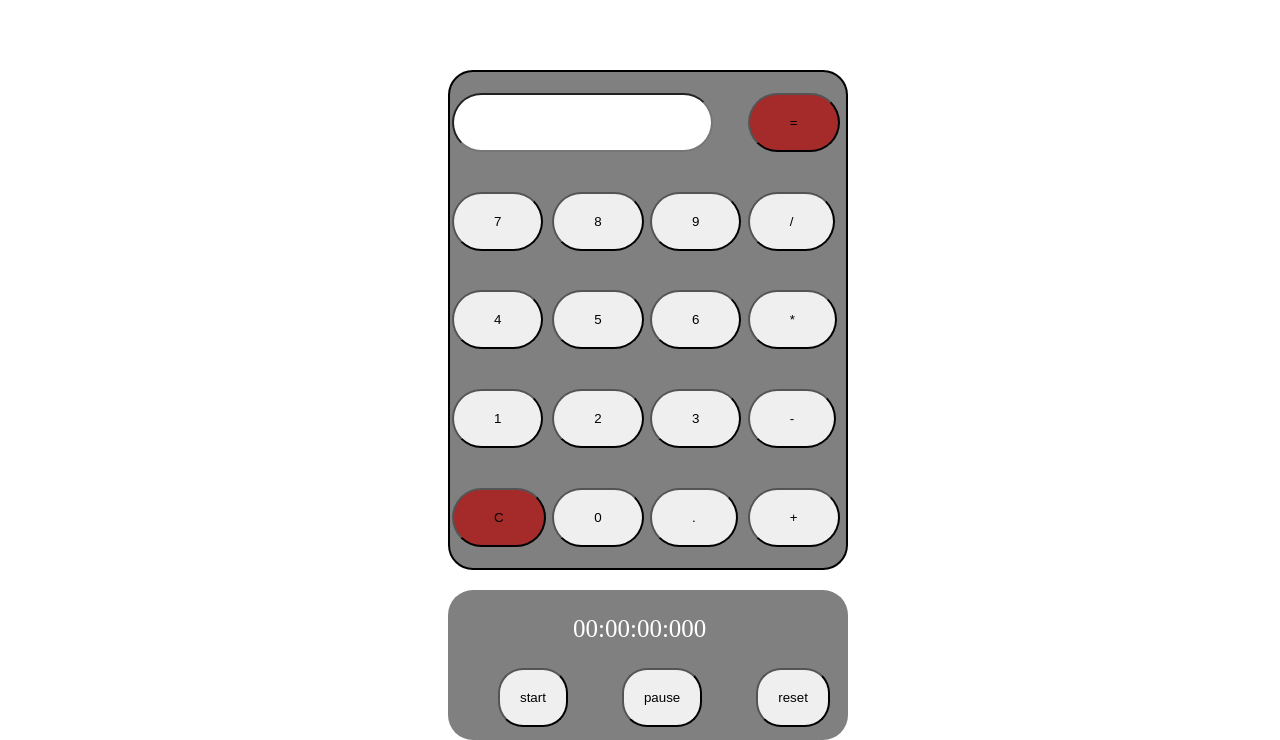
Repository: Seryozha02/CalculatorAndStopwatch
Page: calculator.html
An editor plug-in stored every save of this project. The page is shown before and after the next save, followed by the edit.
The browser window is 1280 px wide. The pictures show the whole page.

Above is the page before, as saved 2022-10-03 18:46:34.

After the next save:
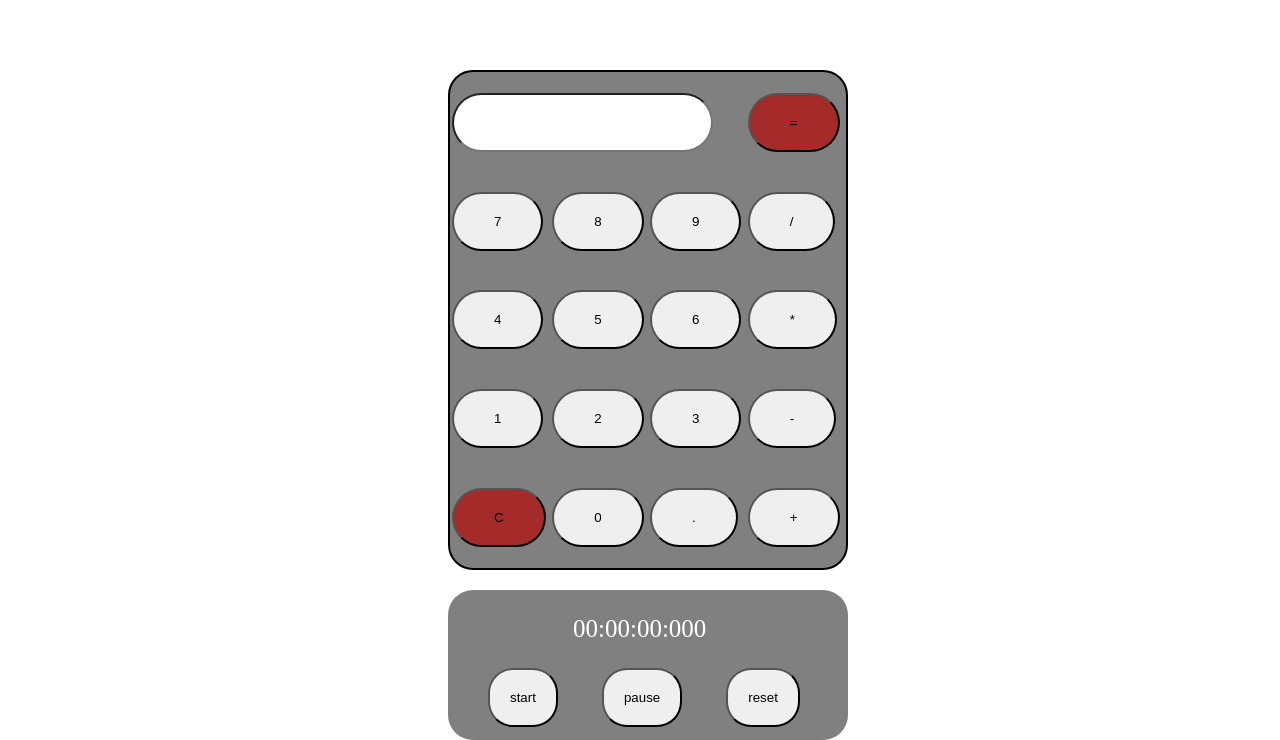
Saved 6 s later.
--- a/calculator.css
+++ b/calculator.css
@@ -56,6 +56,6 @@
 
 form button {
     padding: 20px 20px;
-    margin-left: 50px;
+    margin-left: 40px;
     border-radius: 25px;
 }
